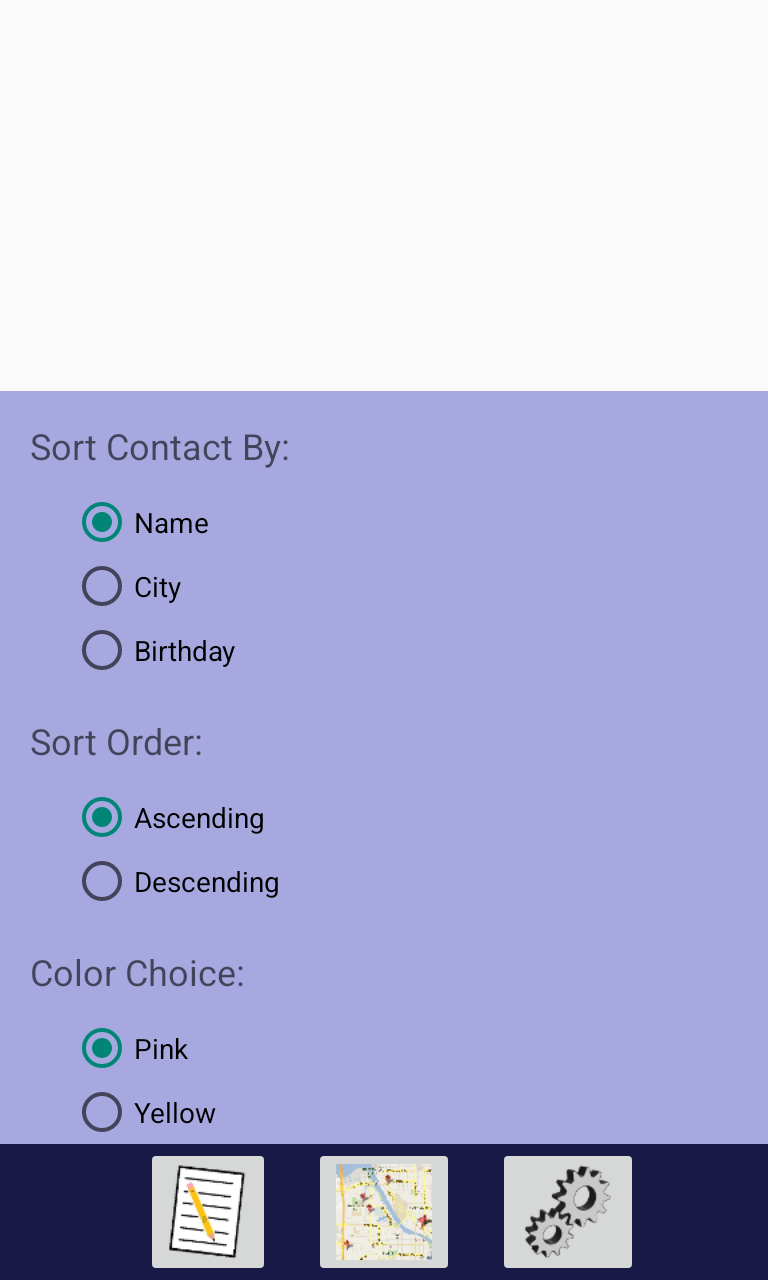
Repository: jcbrons/BronsonExercisesCH5
Layout: MyContactList/res/layout/activity_contact_settings.xml
An editor plug-in stored every save of this project. The layout is shown before and after the next save, followed by the edit.
It is drawn on a 768 x 1280 px phone screen (xhdpi) without system bars, with theme AppTheme; the app's code is not run.

Above is the layout before, as saved 2014-06-07 06:33:36.

### MyContactList/res/layout/activity_contact_settings.xml
<RelativeLayout xmlns:tools="http://schemas.android.com/tools"
    xmlns:android="http://schemas.android.com/apk/res/android"
    xmlns:android1="http://schemas.android.com/apk/res/android"
    android:layout_width="match_parent"
    android:layout_height="match_parent"
    tools:context=".ContactActivity" >

    <RelativeLayout
        android:id="@+id/navbar"
        android:layout_width="fill_parent"
        android:layout_height="wrap_content"
        android:layout_alignParentBottom="true"
        android:background="@color/navbar_background" >

        <ImageButton
            android:id="@+id/imageButtonList"
            android:layout_width="wrap_content"
            android:layout_height="wrap_content"
            android:layout_centerVertical="true"
            android:layout_marginRight="20dp"
            android:layout_toLeftOf="@+id/imageButtonMap"
            android:src="@drawable/contactlisticon" />

        <ImageButton
            android:id="@+id/imageButtonMap"
            android:layout_width="wrap_content"
            android:layout_height="wrap_content"
            android:layout_centerHorizontal="true"
            android:layout_centerVertical="true"
            android:layout_toRightOf="@+id/imageButton1"
            android:src="@drawable/mapicon" />

        <ImageButton
            android:id="@+id/imageButtonSettings"
            android:layout_width="wrap_content"
            android:layout_height="wrap_content"
            android:layout_centerVertical="true"
            android:layout_marginLeft="20dp"
            android:layout_toRightOf="@+id/imageButtonMap"
            android:src="@drawable/settingsicon" />
    </RelativeLayout>


    <ScrollView
        android:id="@+id/scrollView1"
        android:layout_width="match_parent"
        android:layout_height="wrap_content"
        android:layout_alignParentLeft="true"
        android:layout_below="@+id/toolbar"
        android:layout_above="@+id/navbar" >

        <RelativeLayout
            android:layout_width="match_parent"
            android:layout_height="match_parent"
            android:background="@color/dataEntry_background"
           >


    <TextView
        android:id="@+id/textView1"
        android:layout_width="wrap_content"
        android:layout_height="wrap_content"
        android:layout_alignParentLeft="true"
        android:layout_alignParentTop="true"
        android:layout_marginLeft="15dp"
        android:layout_marginTop="15dp"
        android:text="Sort Contact By:"
        android:textAppearance="?android:attr/textAppearanceMedium" />

    <RadioGroup
        android:id="@+id/radioGroup1"
        android:layout_width="wrap_content"
        android:layout_height="wrap_content"
        android:layout_alignParentLeft="true"
        android:layout_below="@+id/textView1"
        android:layout_marginLeft="35dp"
        android:layout_marginTop="10dp" >

        <RadioButton
            android:id="@+id/radioName"
            android:layout_width="wrap_content"
            android:layout_height="wrap_content"
            android:checked="true"
            android:text="Name" />

        <RadioButton
            android:id="@+id/radioCity"
            android:layout_width="wrap_content"
            android:layout_height="wrap_content"
            android:text="City" />

        <RadioButton
            android:id="@+id/radioBirthday"
            android:layout_width="wrap_content"
            android:layout_height="wrap_content"
            android:text="Birthday" />
    </RadioGroup>

    <TextView
        android1:id="@+id/textView2"
        android1:layout_width="wrap_content"
        android1:layout_height="wrap_content"
        android1:layout_alignLeft="@+id/textView1"
        android1:layout_below="@+id/radioGroup1"
        android1:layout_marginTop="17dp"
        android1:text="Sort Order:"
        android1:textAppearance="?android:attr/textAppearanceMedium" />

    <RadioGroup
        android:id="@+id/radioGroup2"
        android:layout_width="wrap_content"
        android:layout_height="wrap_content"
        android:layout_alignParentLeft="true"
        android:layout_below="@+id/textView2"
        android:layout_marginLeft="35dp"
        android:layout_marginTop="10dp" >

        <RadioButton
            android:id="@+id/radioAscending"
            android:layout_width="wrap_content"
            android:layout_height="wrap_content"
            android:checked="true"
            android:text="Ascending" />

        <RadioButton
            android:id="@+id/radioDescending"
            android:layout_width="wrap_content"
            android:layout_height="wrap_content"
            android:text="Descending" />
    </RadioGroup>

    <TextView
        android1:id="@+id/textView3"
        android1:layout_width="wrap_content"
        android1:layout_height="wrap_content"
        android1:layout_alignLeft="@+id/textView2"
        android1:layout_marginTop="17dp"

        android1:layout_below="@+id/radioGroup2"
        android1:text="Color Choice:"
        android1:textAppearance="?android:attr/textAppearanceMedium" />

    <RadioGroup
        android1:id="@+id/radioGroup3"
        android1:layout_width="wrap_content"
        android1:layout_height="wrap_content"
         android:layout_below="@+id/textView3"
        android1:layout_alignParentLeft="true"
        android:layout_marginLeft="35dp"
        android:layout_marginTop="10dp" >

        <RadioButton
            android1:id="@+id/radioPink"
            android1:layout_width="wrap_content"
            android1:layout_height="wrap_content"
            android1:checked="true"
            android1:text="Pink" />

        <RadioButton
            android1:id="@+id/radioYellow"
            android1:layout_width="wrap_content"
            android1:layout_height="wrap_content"
            android1:text="Yellow" />

    </RadioGroup>
    </RelativeLayout>
    </ScrollView>

</RelativeLayout>

### MyContactList/res/values/color.xml
<?xml version="1.0" encoding="utf-8"?>
<resources>
    <color name="navbar_background">#1a1a48</color>
    <color name="toolbar_background">#bebebe</color>
    <color name="dataEntry_background">#a8a8e0</color>
    <color name="pink_background">#Ecc8ec</color>
    <color name="yellow_background">#f4f776</color>

</resources>

Loaded but not shown: MyContactList/res/values/styles.xml (common file); MyContactList/res/values-v11/styles.xml (common file); MyContactList/res/values-v14/styles.xml (common file)

After the next save:
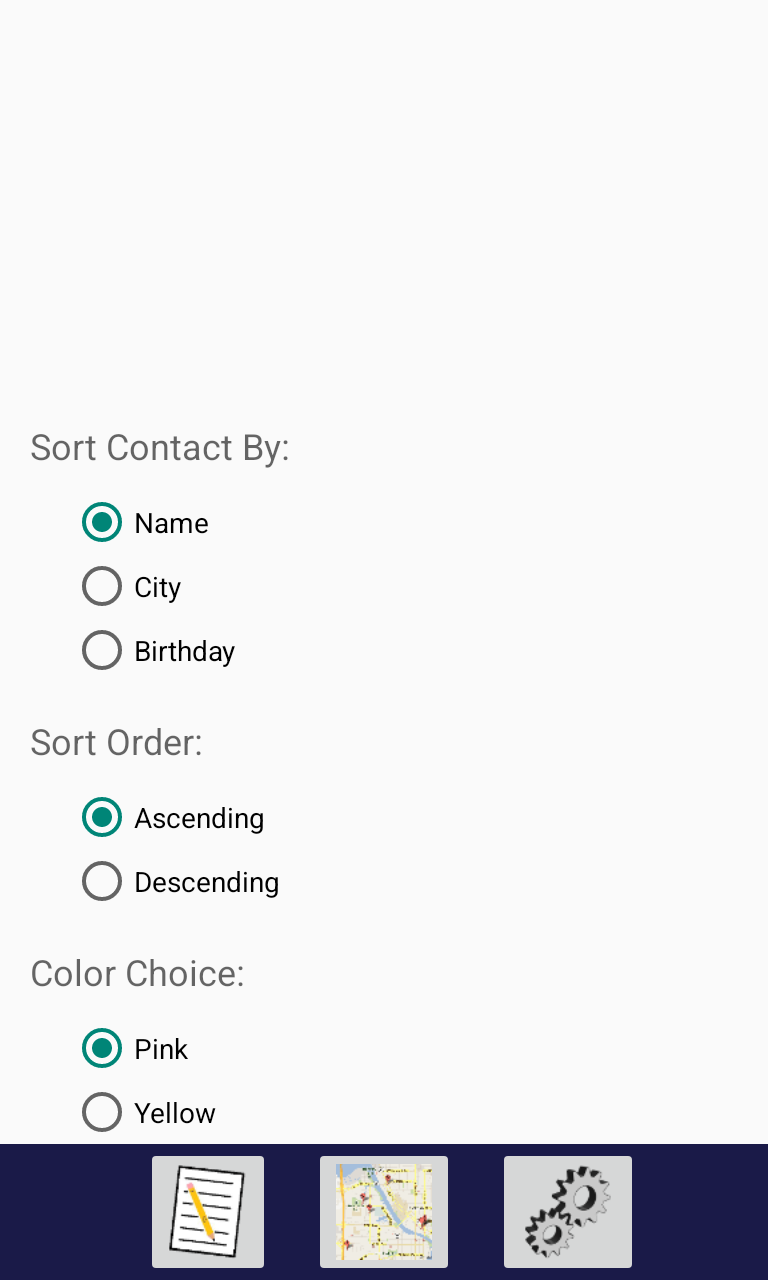
Saved 2 min 13 s later.
--- a/MyContactList/res/layout/activity_contact_settings.xml
+++ b/MyContactList/res/layout/activity_contact_settings.xml
@@ -52,7 +52,7 @@
         <RelativeLayout
             android:layout_width="match_parent"
             android:layout_height="match_parent"
-            android:background="@color/dataEntry_background"
+
            >
 
 
